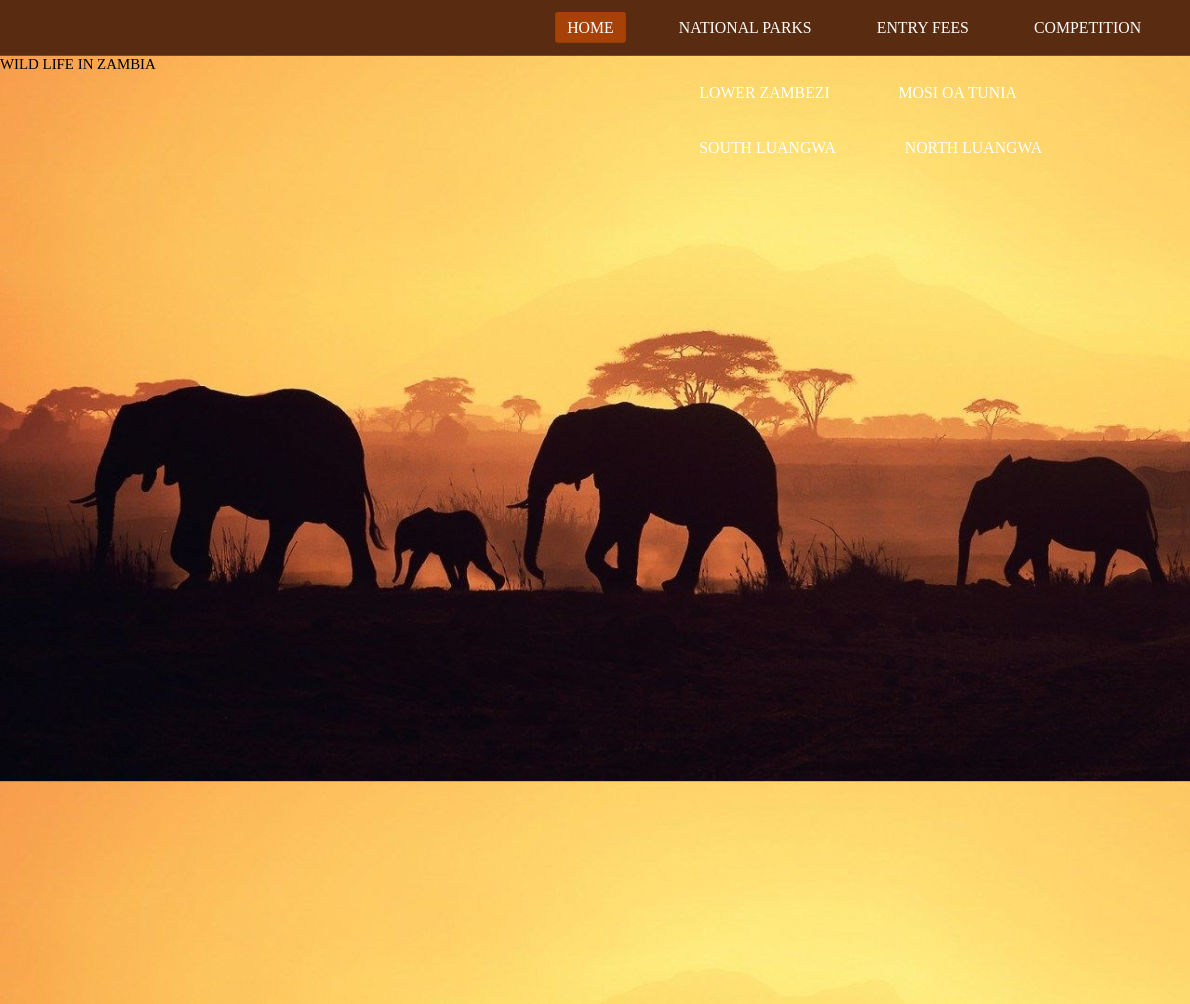
Repository: Lungdjos/web_assignment_3rd_yr
Page: home/index.html
An editor plug-in stored every save of this project. The page is shown before and after a run of saves, followed by the edit.
The browser window is 1280 px wide. The pictures show the whole page, at 93% of full size.
Some web libraries are served in a nearby version.

Above is the page before, as saved 2021-06-17 17:34:28.

After the next 2 saves:
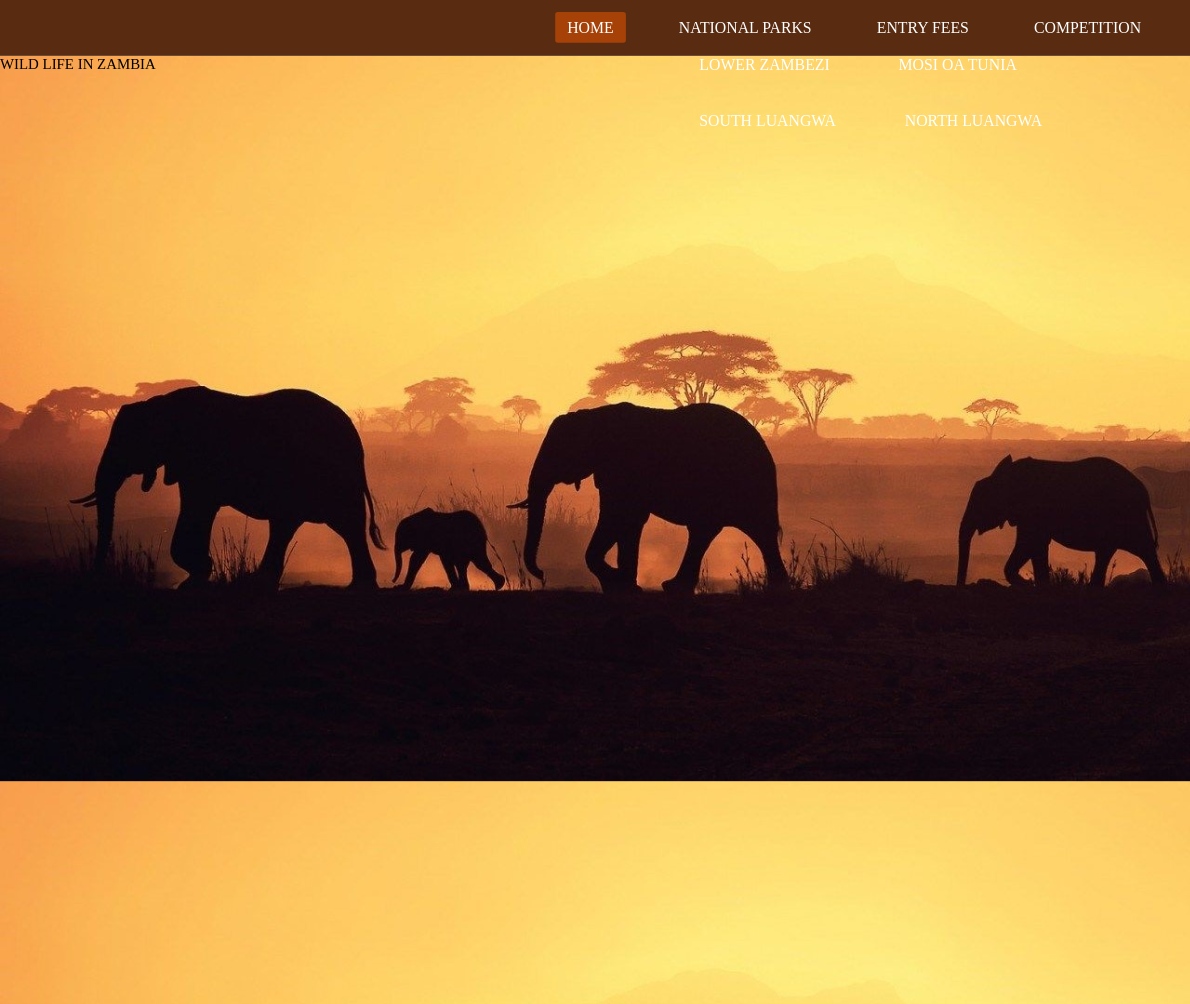
The 2 saves are shown as one change because they came seconds apart.
The last was saved 22 s later.
--- a/home/index.css
+++ b/home/index.css
@@ -123,5 +123,5 @@ nav ul li ul a {
 
 nav ul ul {
     position: absolute;
-    top: 70px;
+    top: 40px;
 }
